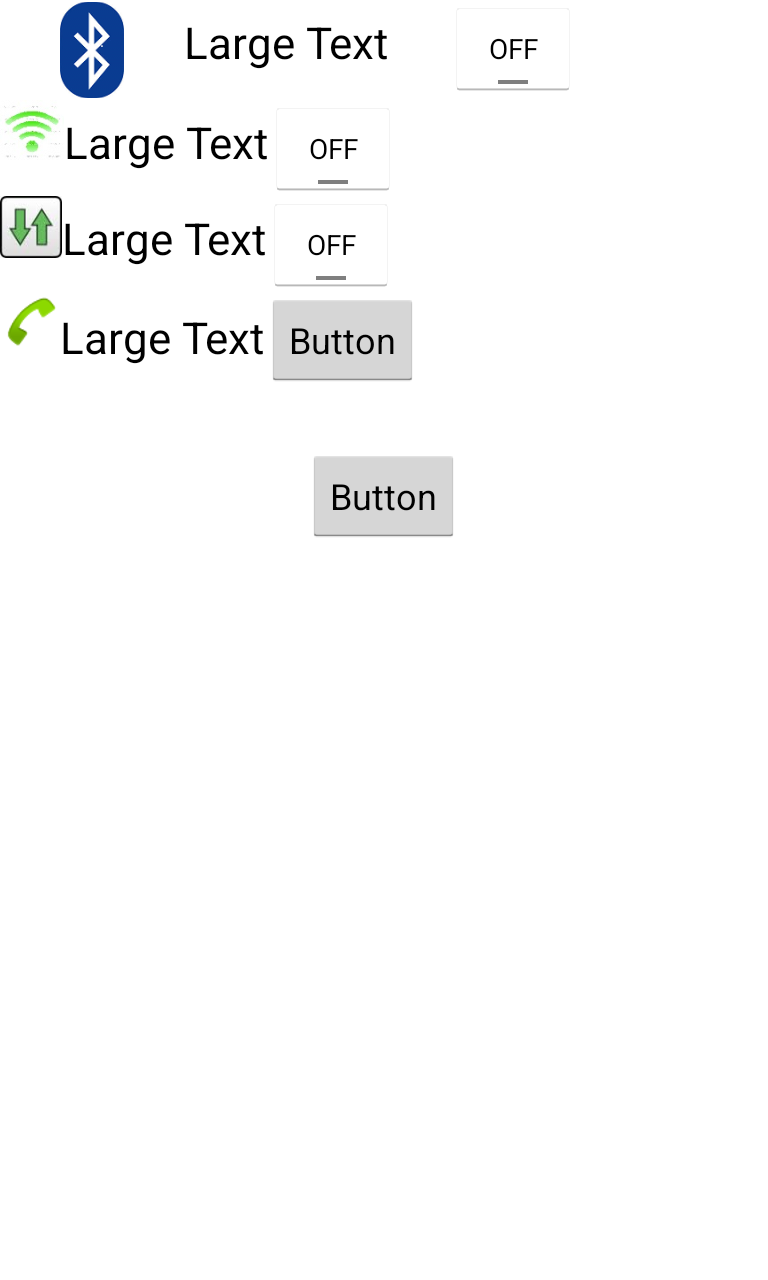
Repository: born2behappy18/meetingMiliue
Layout: MeetingMileu/res/layout/toggle.xml
These files come from the project's save history. The layout is drawn as it stood at one moment and after the next save; the edit follows.
It is drawn on a 768 x 1280 px phone screen (xhdpi) without system bars, with theme AppTheme; the app's code is not run.

Above is the layout before, as saved 2015-10-13 10:53:27.

After the next save:
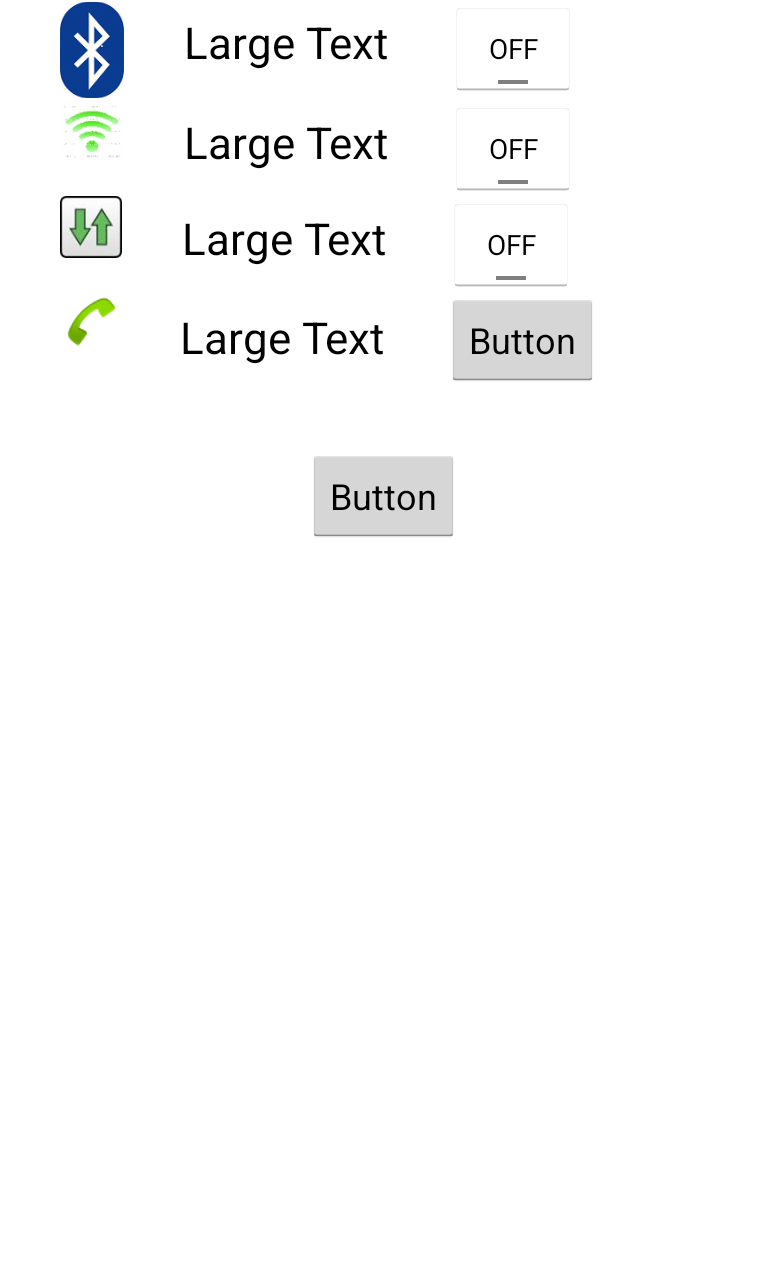
Saved 48 s later.
--- a/MeetingMileu/res/layout/toggle.xml
+++ b/MeetingMileu/res/layout/toggle.xml
@@ -40,6 +40,7 @@
         android:id="@+id/imageView3"
         android:layout_width="32dp"
         android:layout_height="30dp"
+        android:layout_marginLeft="30dp"
         android:src="@drawable/wifi" />
 
     <TextView
@@ -47,13 +48,15 @@
         android:layout_width="wrap_content"
         android:layout_height="wrap_content"
         android:text="Large Text"
+        android:layout_marginLeft="30dp"
         android:textAppearance="?android:attr/textAppearanceLarge" />
 
     <ToggleButton
         android:id="@+id/toggleButton2"
         android:layout_width="wrap_content"
         android:layout_height="wrap_content"
-        android:text="ToggleButton" />
+        android:text="ToggleButton"
+        android:layout_marginLeft="30dp" />
 </LinearLayout>
 <LinearLayout
     android:layout_width="match_parent"
@@ -64,6 +67,7 @@
         android:id="@+id/imageView4"
         android:layout_width="31dp"
         android:layout_height="31dp"
+        android:layout_marginLeft="30dp"
         android:src="@drawable/mobiledata" />
 
     <TextView
@@ -71,13 +75,15 @@
         android:layout_width="wrap_content"
         android:layout_height="wrap_content"
         android:text="Large Text"
+        android:layout_marginLeft="30dp"
         android:textAppearance="?android:attr/textAppearanceLarge" />
 
     <ToggleButton
         android:id="@+id/toggleButton3"
         android:layout_width="wrap_content"
         android:layout_height="wrap_content"
-        android:text="ToggleButton" />
+        android:text="ToggleButton"
+        android:layout_marginLeft="30dp"/>
 </LinearLayout>
 <LinearLayout
     android:layout_width="match_parent"
@@ -86,12 +92,14 @@
 
     <ImageView
         android:id="@+id/imageView1"
+        android:layout_marginLeft="30dp"
         android:layout_width="wrap_content"
         android:layout_height="wrap_content"
         android:src="@android:drawable/sym_action_call" />
 
     <TextView
         android:id="@+id/textView3"
+        android:layout_marginLeft="30dp"
         android:layout_width="wrap_content"
         android:layout_height="wrap_content"
         android:text="Large Text"
@@ -101,7 +109,8 @@
         android:id="@+id/button1"
         android:layout_width="wrap_content"
         android:layout_height="wrap_content"
-        android:text="Button" />
+        android:text="Button"
+        android:layout_marginLeft="30dp"/>
 </LinearLayout>
     <Button
         android:id="@+id/button5"
